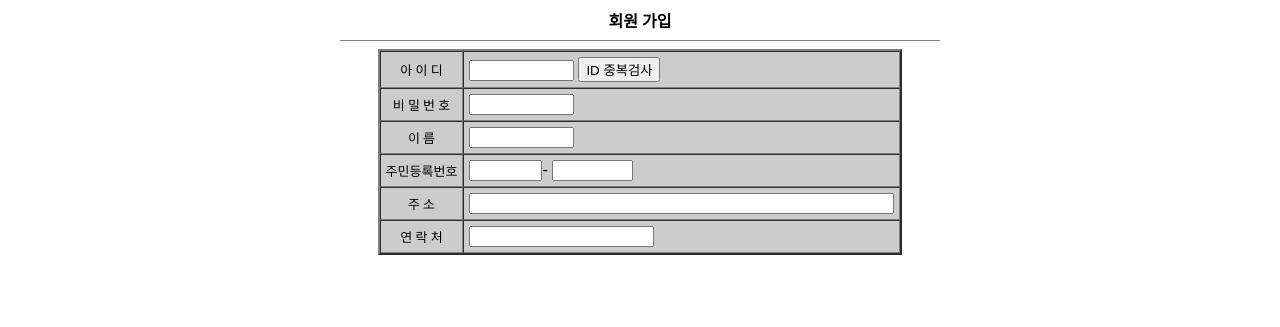
Repository: kalmia26/Capstone
Page: http://localhost/LectureSystem/member_input.jsp
These files come from the project's save history. The page is drawn as it stood at one moment and after the next save; the edit follows.
The browser window is 1280 px wide. The pictures show the whole page.
The page is served by Tomcat 9. Other server files are loaded and not shown.

Above is the page before, as saved 2017-05-24 06:08:57.

### LectureSystem/WebContent/member_input.jsp
<%@ page language="java" contentType="text/html; charset=EUC-KR"
    pageEncoding="EUC-KR"%>
<!DOCTYPE html PUBLIC "-//W3C//DTD HTML 4.01 Transitional//EN" "http://www.w3.org/TR/html4/loose.dtd">
<html>
<head>
<meta http-equiv="Content-Type" content="text/html; charset=EUC-KR">
<title>Insert title here</title>
<style type="text/css">
<!--
	a:link	{font-family:""; color:black; text-decoration:none;}
	a:visited	{font-family:""; color:black; text-decoration:none;}
	a:hover	{font-family:""; color:black; text-decoration:underline;}
-->
</style>
<script language="JavaScript">
function Check() {
	if(Member_input.id.value.length < 1) {
		alert("아이디를 입력하세요.");
		Member_input.id.foucs();
		return false;
	}
	if(Member_input.pass.value.length < 1) {
		alert("비밀번호를 입력하세요.");
		Member_input.pass.focus();
		return false;
	}
	if(Member_input.name.value.length < 1) {
		alert("이름을 입력하세요.");
		Member_input.name.focus();
		return false;
	}
	if(Member_input.juminnum1.value.length < 1) {
		alert("주민등록번호를 입력하세요.");
		Member_input.juminnum1.focus();
		return false;
	}
	if(Member_input.juminnum1.value.length != 6) {
		alert("주민등록번호 앞자리는 6자리 입니다.");
		Member_input.juminnum1.focus();
		return false;
	}
	for (var i=0; i<member_input.juminnum1.value.lenght; i++) {
		if(member_input.juminnum1.value.charAt(i) < "0" || member_input.juminnum1.value.charAt(i) > "9") {
			alert("주민등록번호는 숫자만 가능합니다.");
			member_input.juminnum1.focus();
			return false;
		}
	}
	if(Member_input.juminnum2.value.length < 1) {
		alert("주민등록번호를 입력하세요.");
		Member_input.juminnum2.focus();
		return false;
	}
	if(Member_input.juminnum2.value.length != 7) {
		alert("주민등록번호 뒷자리는 7자리 입니다.");
		Member_input.juminnum2.focus();
		return false;
	}
	for (var i=0; i<member_input.juminnum2.value.lenght; i++) {
		if(member_input.juminnum2.value.charAt(i) < "0" || member_input.juminnum2.value.charAt(i) > "9") {
			alert("주민등록번호는 숫자만 가능합니다.");
			member_input.juminnum2.focus();
			return false;
		}
	}
	var sum,a,b,c,d,e,f,g,h,i,j,k,l,m;

	a = praseInt(member_input.juminnum1.value.charAt(0));
	b = praseInt(member_input.juminnum1.value.charAt(1));
	c = praseInt(member_input.juminnum1.value.charAt(2));
	d = praseInt(member_input.juminnum1.value.charAt(3));
	e = praseInt(member_input.juminnum1.value.charAt(4));
	f = praseInt(member_input.juminnum1.value.charAt(5));
	g = praseInt(member_input.juminnum2.value.charAt(0));
	h = praseInt(member_input.juminnum2.value.charAt(1));
	i = praseInt(member_input.juminnum2.value.charAt(2));
	j = praseInt(member_input.juminnum2.value.charAt(3));
	k = praseInt(member_input.juminnum2.value.charAt(4));
	l = praseInt(member_input.juminnum2.value.charAt(5));
	m = praseInt(member_input.juminnum2.value.charAt(6));

	sum = a*2 + b*3 + c*4 + d*5 + e*6 + f*7 + g*8 + h*9 + i*2 + j*3 + k*4 + l*5;

	var namuji = sum % 11;
	var humsa = 11 - namuji;
	var check_no = gumsa % 10;

	if(check_no != m) {
		alert("올바른 주민등록번호가 아닙니다.");
		member_input.juminnum2.focus();
		return false;
	}
	Member.submit();
}

function Check_focus() {
	var strfocus1 = member_input.juminnum1.value.length;
	if(strfocus1 == 6)
		member_input.juminnum2.focus();
}
function check_id() {
	browsing_window = window.open("checkid.jsp?id="+member_input.id.value,
			"_idcheck","height=200, wight=300, menubar=no, directories=no, resizable=no, status=no, scrollbars=yes");
	browsing_window.focus();
}
</script>

</head>
<body>
<center><font size='3'><b>회원 가입</b></font>
	<table border='0' width='600' cellpadding='0' cellspacing='0'>
		<tr>
			<td><hr size='1' noshade>
			</td>
		</tr>
	</table>

	<form name="member_input" method="post" action="member_output.jsp">
		<table border='2' cellspacing='0' cellpadding='5' align=center>
		<tr>
			<td bgcolor='cccccc' align='center'>
				<font size='2'>아 이 디</font>
			</td>
			<td bgcolor='cccccc'>
				<input type="text" maxlength="10" size="10" name="id">
				<input type="button" onclick="Check_id()" value="ID 중복검사">
			</td>
		</tr>
		<tr>
			<td bgcolor='cccccc' align='center'>
				<font size='2'>비 밀 번 호</font>
			</td>
			<td bgcolor='cccccc'>
				<input type="password" maxlength="10" size="10" name="pass">
			</td>
		</tr>
		<tr>
			<td bgcolor='cccccc' align='center'>
				<font size='2'>이 름</font>
			</td>
			<td bgcolor='cccccc'>
				<input type="text" maxlength="10" size="10" name="name">
			</td>
		</tr>
		<tr>
			<td bgcolor='cccccc' align='center'>
				<font size='2'>주민등록번호</font>
			</td>
			<td bgcolor='cccccc'>
				<input type="text" size="6" maxlength="6" name="juminnum1" onkeypress="check_focus();" >-
				<input type="text" size="7" maxlength="7" name="juminnum2">
			</td>
		</tr>
		<tr>
			<td bgcolor='cccccc' align='center'>
				<font size='2'>주 소</font>
			</td>
			<td bgcolor='cccccc'>
				<input type="text" maxlength="50" size="50" name="address">
			</td>
		</tr>
		<tr>
			<td bgcolor='cccccc' align='center'>
				<font size='2'>연 락 처</font>
			</td>
			<td bgcolor='cccccc'>
				<input type="text" maxlength="20" size="20" name="phone">
			</td>
		</tr>
		</table>
	</form>
</center>


</body>
</html>

After the next save:
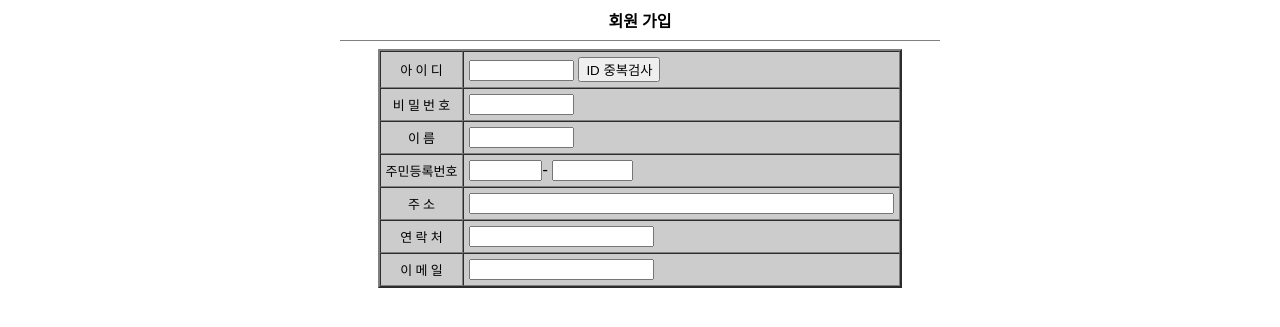
Saved 12 s later.
--- a/LectureSystem/WebContent/member_input.jsp
+++ b/LectureSystem/WebContent/member_input.jsp
@@ -167,6 +167,14 @@ function check_id() {
 				<input type="text" maxlength="20" size="20" name="phone">
 			</td>
 		</tr>
+		<tr>
+			<td bgcolor='cccccc' align='center'>
+				<font size='2'>이 메 일</font>
+			</td>
+			<td bgcolor='cccccc'>
+				<input type="text" maxlength="20" size="20" name="phone">
+			</td>
+		</tr>
 		</table>
 	</form>
 </center>
